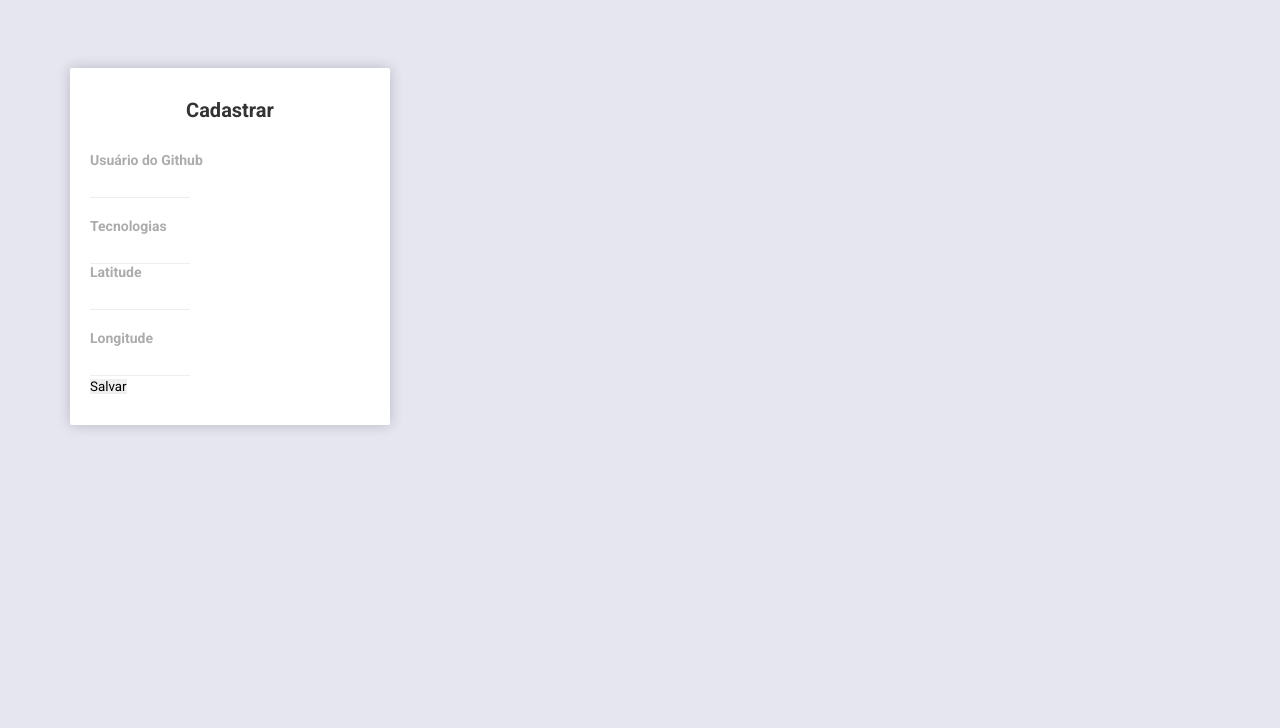
Repository: Jonatas-Castro/react_frontend
Page: /
The author's editor kept a copy of each file at every save. The page is drawn from the files as they stood at one save, then again after the next save.
The browser window is 1280 px wide. The pictures show the whole page.
The project was rebuilt for these pictures with package versions that can differ from the ones it lists, and the page was loaded fresh each time. Also part of the build but not shown: src/Mean.css.

Above is the page before, as saved 2020-01-16 15:12:45.

After the next save:
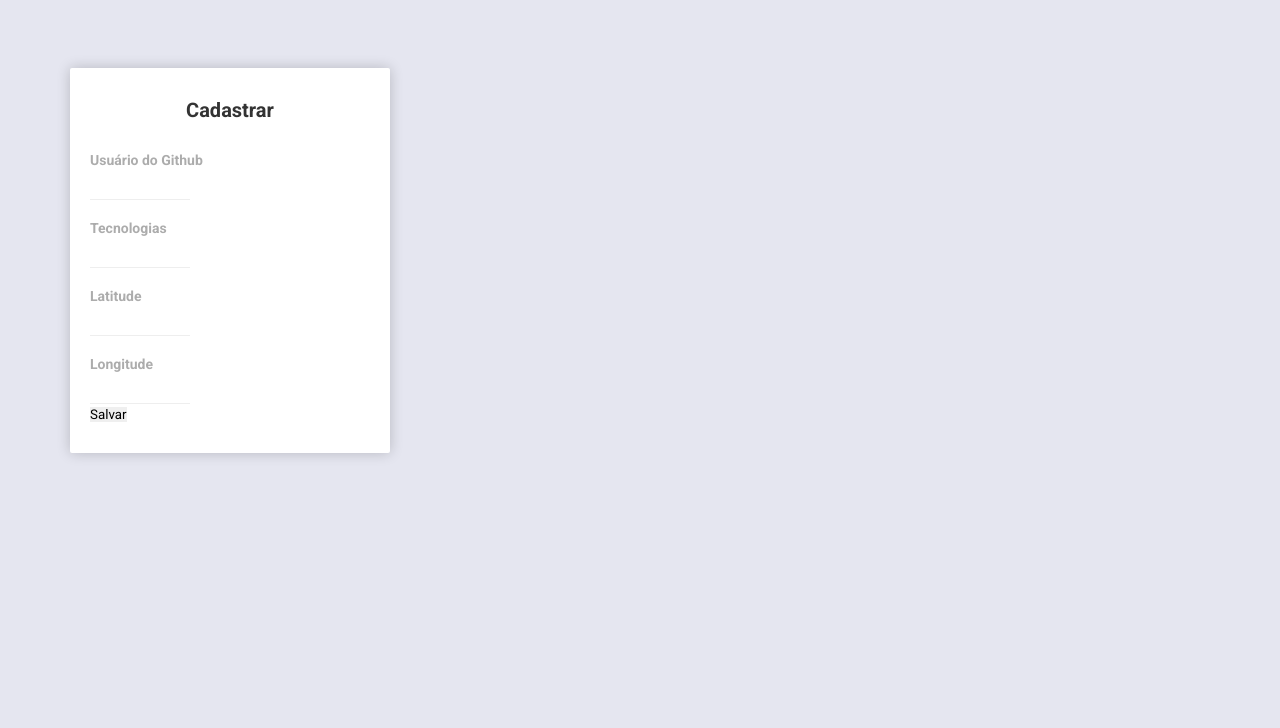
Saved 103 s later.
--- a/src/Sidebar.css
+++ b/src/Sidebar.css
@@ -19,6 +19,10 @@ aside form .input-block +.input-block{
     margin-top: 20px;
 }
 
+aside form .input-group{
+    margin-top: 20px;
+}
+
 aside form .input-block label{
     color:#acacac;
     font-size: 14px;
@@ -27,7 +31,7 @@ aside form .input-block label{
 }
 aside form .input-block input{
     width: 100px;
-    height: 30px;
+    height: 32px;
     font-size: 14px;
     color: #777;
     border: 0;
